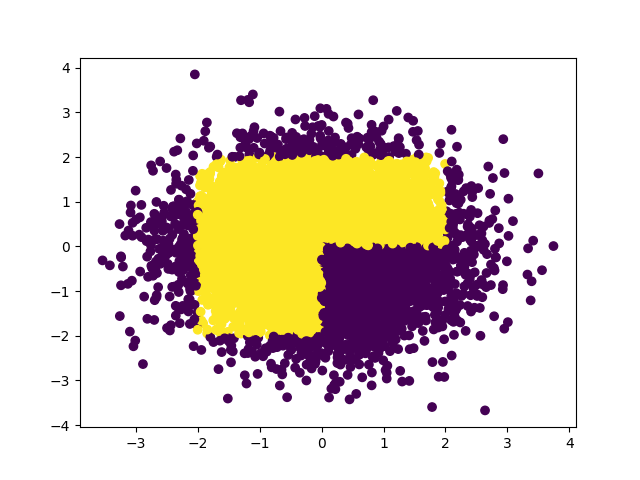
Repository: moein1379/DeepLearning
Script's output: python pandaExercise.py
The author's editor kept a copy of each file at every save. The script's output is drawn from the files as they stood at one save, then again after the next save.
Random numbers start from a fixed seed.

Above is the script's output before, as saved 2021-03-04 16:21:19.

After the next save:
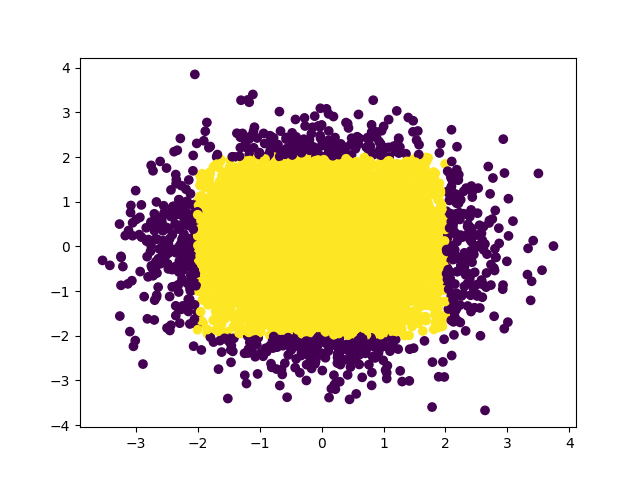
Saved 10 s later.
--- a/pandaExercise.py
+++ b/pandaExercise.py
@@ -6,7 +6,7 @@ def q2(n):
     y = np.random.randn(n)
     color = []
     for i in range(n):
-        if((-2<=x[i]<=2 and 0<=y[i]<=2) or (-2<=x[i]<=0 and -2<=y[i]<=0)):
+        if((-2<=x[i]<=2 and -2<=y[i]<=2) or (-2<=x[i]<=0 and -2<=y[i]<=0)):
             color.append(1)
         #if((1<x[i]<2 and 1<y[i]<2) and (-2<x[i]<-1 and -2<y[i]<-1)):
         else:
